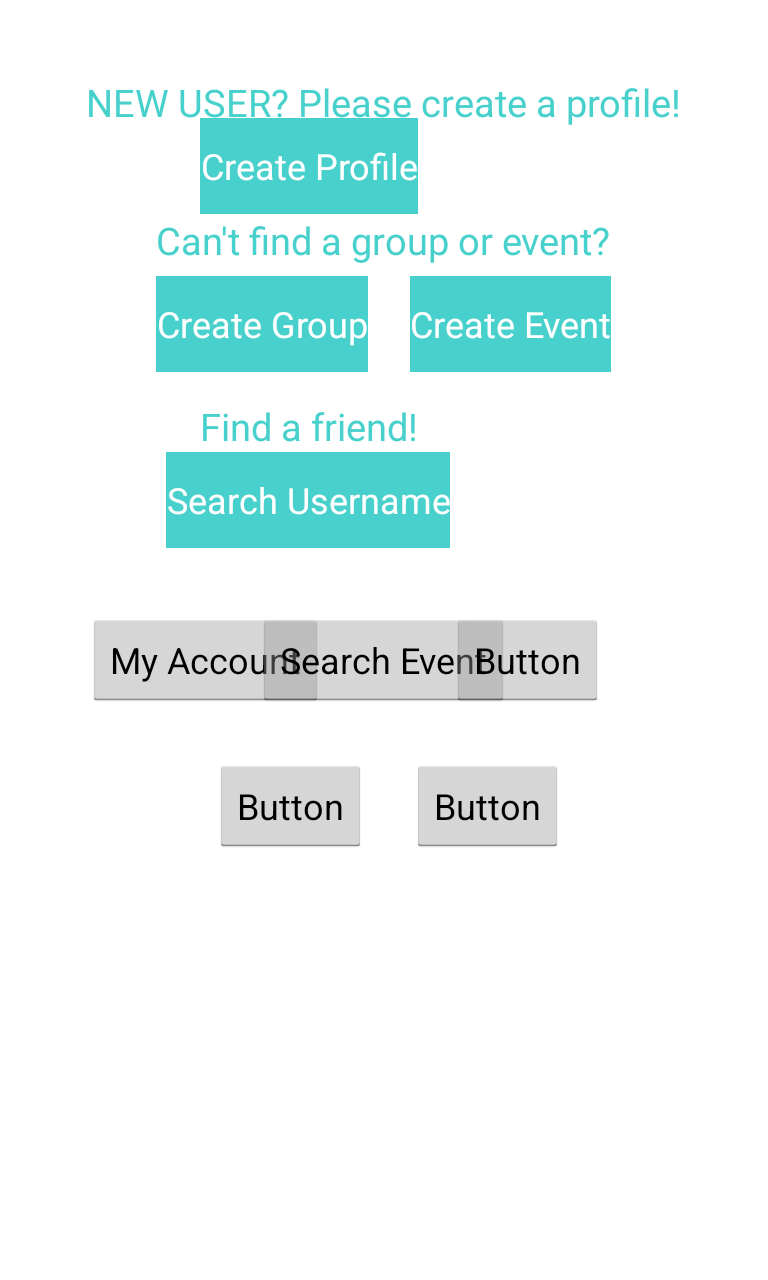
Repository: COMP231-S63G1/COMP231-S63G1
Layout: Wanna/res/layout/activity_person_login_success.xml
These files come from the project's save history. The layout is drawn as it stood at one moment and after the next save; the edit follows.
It is drawn on a 768 x 1280 px phone screen (xhdpi) without system bars, with theme AppTheme; the app's code is not run.

Above is the layout before, as saved 2014-12-08 03:20:37.

After the next save:
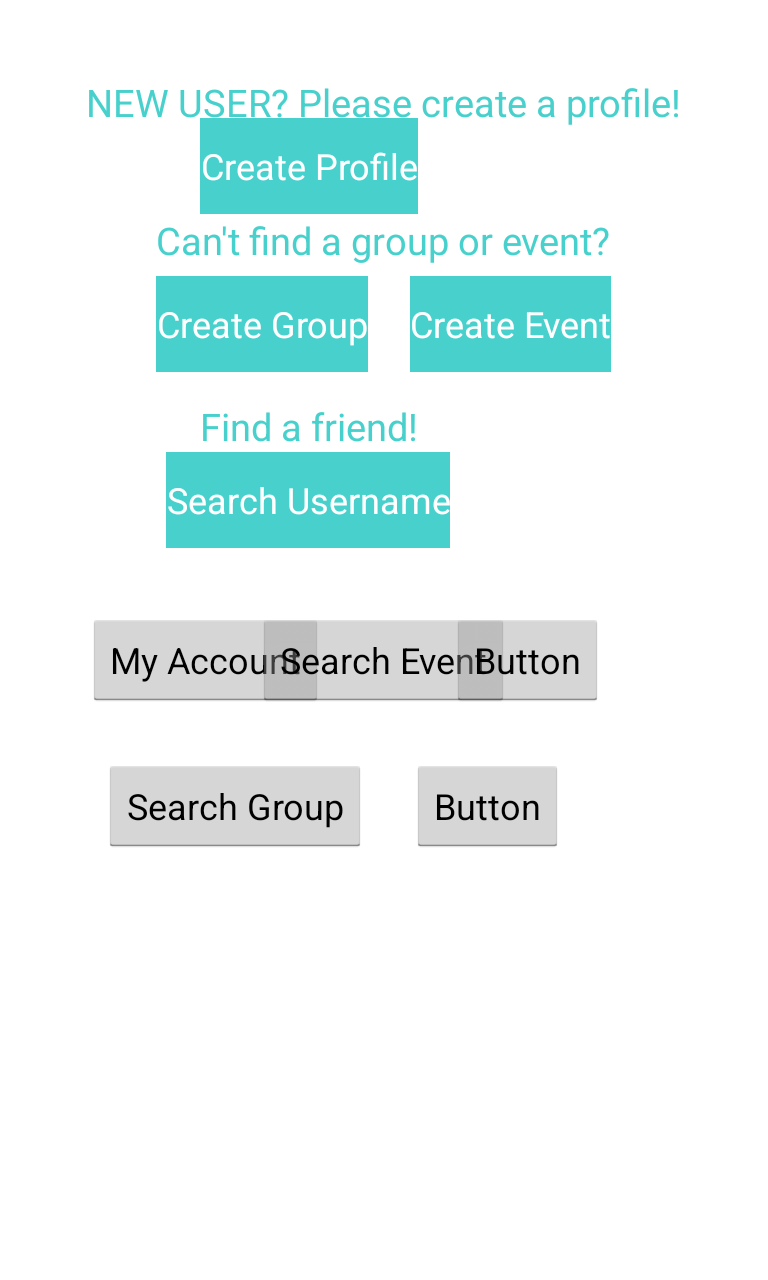
Saved 15 s later.
--- a/Wanna/res/layout/activity_person_login_success.xml
+++ b/Wanna/res/layout/activity_person_login_success.xml
@@ -137,7 +137,9 @@
         android:layout_alignRight="@+id/button2"
         android:layout_below="@+id/button4"
         android:layout_marginTop="25dp"
-        android:text="Button" />
+        android:text="Search Group"
+        android:onClick="searchgroupclick"
+         />
 
     <Button
         android:id="@+id/button8"
